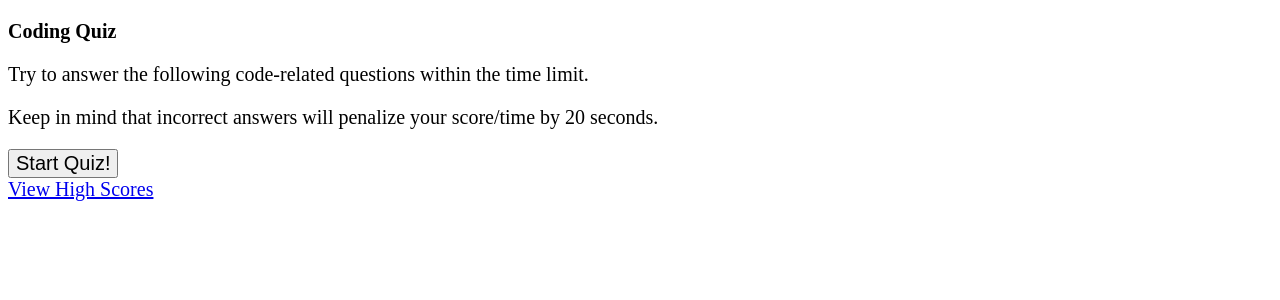
Repository: ziffoit/Code-Quiz
Page: index.html
An editor plug-in stored every save of this project. The page is shown before and after the next save, followed by the edit.
The browser window is 1280 px wide. The pictures show the whole page.

Above is the page before, as saved 2021-03-14 11:35:26.

### index.html
<!DOCTYPE html>
<html lang="en">
  <head>
    <meta charset="UTF-8" />
    <meta name="viewport" content="width=device-width, initial-scale=1.0" />
    <link rel="stylesheet" href="./Assets/style.css" />
    <title>Document</title>
  </head>
  <body>
    <header>
      <p class="timer"></p>
    </header>
    <!-- hide this section -->
    <section id="titlePage">
      <h1>Coding Quiz</h1>
      <p>
        Try to answer the following code-related questions within the time
        limit.
      </p>
      <p>
        Keep in mind that incorrect answers will penalize your score/time by 20
        seconds.
      </p>
      <button id="startQuiz">Start Quiz!</button>
      <div>
        <a href="./highScore.html">View High Scores</a>
      </div>
    </section>
    <section id="quizSection">
      <h1 id="quizQuestion"></h1>
      <div id="previousResult"></div>
    </section>
    <section id="endPage">
      <h1>Finish!</h1>
      <p>
        Your final score is:
        <span id="finalScore"></span>
      </p>
      <form id="initialsForm">
        <input type="text" id="initials" />
        <button type="submit">Submit</button>
      </form>
    </section>
    <script src="./Assets/script.js"></script>
  </body>
</html>

### Assets/style.css
* {
  font-size: 20px;
}

.hidden {
  display: none;
}

### Assets/script.js
var timerCount = 60
var previousResult = document.querySelector("#previousResult")
var startQuizBtn = document.querySelector("#startQuiz")
var titlePage = document.querySelector("#titlePage")
var quizQuestion = document.querySelector("#quizQuestion")
var quizSection = document.querySelector("#quizSection")
var timer;
var timerElement = document.querySelector(".timer")
var endPage = document.querySelector("#endPage")
var finalScore = document.querySelector("#finalScore")
var initials = document.querySelector("#initials")
var initialsForm = document.querySelector("#initialsForm")
var questionsArray = [
    {
        question:"Commonly used data types DO NOT include:",
        answer:["strings", "booleans", "alerts", "numbers"],
        correctAnswer:"alerts"
    },
    {
        question:"The condition within an if/else statement is enclosed within:",
        answer:["quotes", "curly brackets", "parentheses", "square brackets"],
        correctAnswer:"parentheses"
    },
    {
        question:"Arrays in JavaScript can be used to store:",
        answer:["numbers and strings", "other arrays", "booleans", "all of the above"],
        correctAnswer:"all of the above"
    },
]

var questionTracker = 0
endPage.setAttribute("class", "hidden")

//executed when start button is clicked
// local storage for keeping highscores
function startQuiz() {
    questionTracker = 0
    titlePage.setAttribute("class", "hidden")
    timer = setInterval(startTimer, 1000)
    timerElement.textContent = timerCount
    //hide titlePage section show question 1
    previousResult.textContent = ""
    timerElement.removeAttribute("class")
    quizSection.removeAttribute("class")
    renderQuestion()
}

function startTimer() {
    timerCount--
    timerElement.textContent = timerCount
    if (timerCount <= 0) {
        // Clears interval through renderEndPage
        renderEndPage()
    }
}

function renderQuestion() {
    if (questionTracker >= questionsArray.length){
        renderEndPage()
        return
    }
    var currentQuestion = questionsArray[questionTracker]
    quizQuestion.textContent = currentQuestion.question
    for (let i = 0; i < currentQuestion.answer.length; i++) {
        const answer = currentQuestion.answer[i];
        var button = document.createElement("button")
        button.textContent = answer
        button.className = "questionAnswer"
        quizSection.append(button)
        if (answer === currentQuestion.correctAnswer) {
            button.addEventListener("click", correctAnswer)
        } else {
            button.addEventListener("click", incorrectAnswer)
        }
        // when user clicks button for next question questionTracker++
    }
}

function removeButtons() {
    var buttons = document.getElementsByClassName("questionAnswer")
    while (buttons.length > 0) {
        buttons[0].remove()
    }
}

function loadNextQuestion() {
    questionTracker++
    removeButtons()
    renderQuestion()
}

function correctAnswer() {
    loadNextQuestion()
    previousResult.textContent = "Correct!"

}

//timer penalty for wrong answer
function incorrectAnswer() {
    timerCount = timerCount - 20
    timerElement.textContent = timerCount
    previousResult.textContent = "Incorrect!"
    loadNextQuestion()
}

// end of quiz
function renderEndPage() {
    var score = timerCount
    finalScore.textContent = score
    quizSection.setAttribute("class", "hidden")
    timerElement.setAttribute("class", "hidden")
    clearInterval(timer)
    endPage.removeAttribute("class")

}

function saveHighScores(event) {
    event.preventDefault()

    var scoreHistory = JSON.parse(localStorage.getItem("score")) || []
    var currentScore = {
        name: initials.value,
        score: finalScore.textContent
    }

    scoreHistory.push(currentScore)
    localStorage.setItem("score", JSON.stringify(scoreHistory))
    endPage.setAttribute("class", "hidden")
    titlePage.removeAttribute("class")
}

startQuizBtn.addEventListener("click", startQuiz)
initialsForm.addEventListener("submit", saveHighScores)

After the next save:
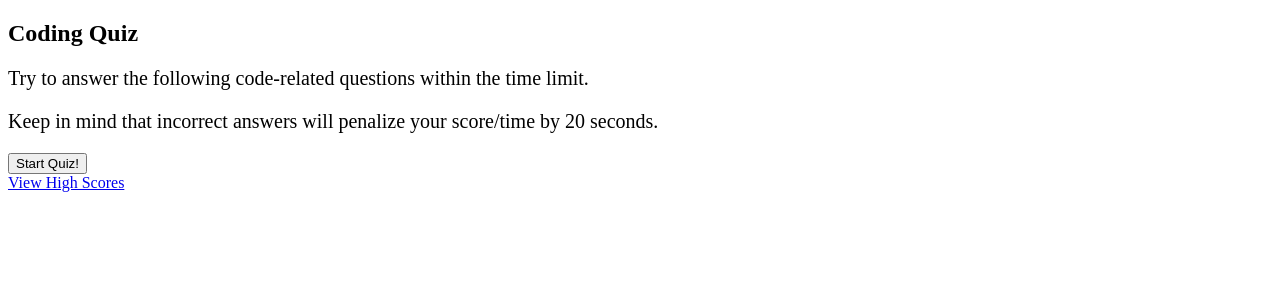
Saved 61 s later.
--- a/Assets/style.css
+++ b/Assets/style.css
@@ -1,4 +1,4 @@
-* {
+p {
   font-size: 20px;
 }
 
